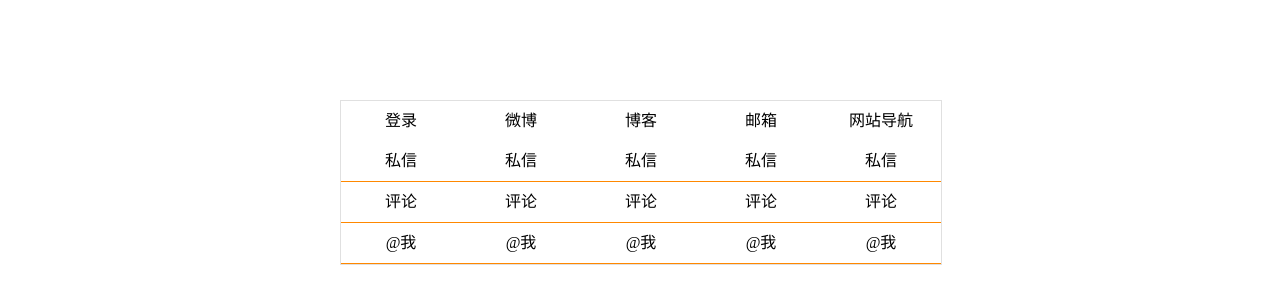
Repository: Sky0258/study
Page: js/新浪下拉框.html
The author's editor kept a copy of each file at every save. The page is drawn from the files as they stood at one save, then again after the next save.
The browser window is 1280 px wide. The pictures show the whole page.

Above is the page before, as saved 2022-09-11 16:24:14.

### js/新浪下拉框.html
<!DOCTYPE html>
<html lang="en">

<head>
    <meta charset="UTF-8">
    <meta http-equiv="X-UA-Compatible" content="IE=edge">
    <meta name="viewport" content="width=device-width, initial-scale=1.0">
    <title>Document</title>
</head>
<style>
    * {
        padding: 0;
        margin: 0;
    }
    li {
        list-style: none;
    }
    a {
        text-decoration: none;
    }
    .tab {
        margin: 100px auto;
        width: 600px;
        /* border: 1px solid #e0e0e0; */
    }
    .tab > ul {
        width: 100%;
        display: flex;
        border: 1px solid #e0e0e0;
    }
    .tab > ul > li {
        flex: 1;
        text-align: center;
        line-height: 40px;
    }
    .tab > ul > li a {
        display: block;
        width: 100%;
        color: black;
    }
    .tab > ul > li a:hover {
        background-color: #edecec;
        color: #ff8800;
    }
    .list ul li{
        /* display: none; */
        border-bottom: 1px solid #ff8800;
        cursor: pointer;
    }
    .list ul li:hover {
        background-color: #edecec;
        color: #ff8800;
    }
</style>
<body>
    <div class="tab">
        <ul class="list">
            <li>
                <a href="#">登录</a>
                <ul>
                    <li>私信</li>
                    <li>评论</li>
                    <li>@我</li>
                </ul>
            </li>
            <li>
                <a href="#">微博</a>
                <ul>
                    <li>私信</li>
                    <li>评论</li>
                    <li>@我</li>
                </ul>
            </li>
            <li>
                <a href="#">博客</a>
                <ul>
                    <li>私信</li>
                    <li>评论</li>
                    <li>@我</li>
                </ul>
            </li>
            <li>
                <a href="#">邮箱</a>
                <ul>
                    <li>私信</li>
                    <li>评论</li>
                    <li>@我</li>
                </ul>
            </li>
            <li>
                <a href="#">网站导航</a>
                <ul>
                    <li>私信</li>
                    <li>评论</li>
                    <li>@我</li>
                </ul>
            </li>
        </ul>
    </div>
</body>

</html>

After the next save:
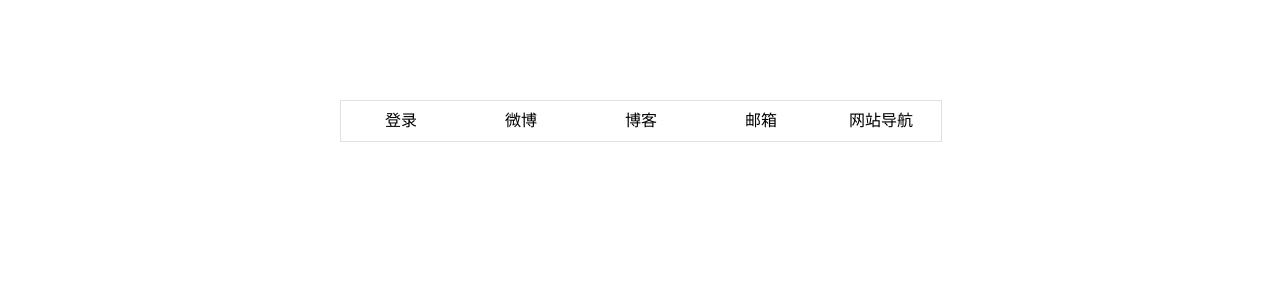
Saved 11 s later.
--- a/js/新浪下拉框.html
+++ b/js/新浪下拉框.html
@@ -43,7 +43,7 @@
         color: #ff8800;
     }
     .list ul li{
-        /* display: none; */
+        display: none;
         border-bottom: 1px solid #ff8800;
         cursor: pointer;
     }
